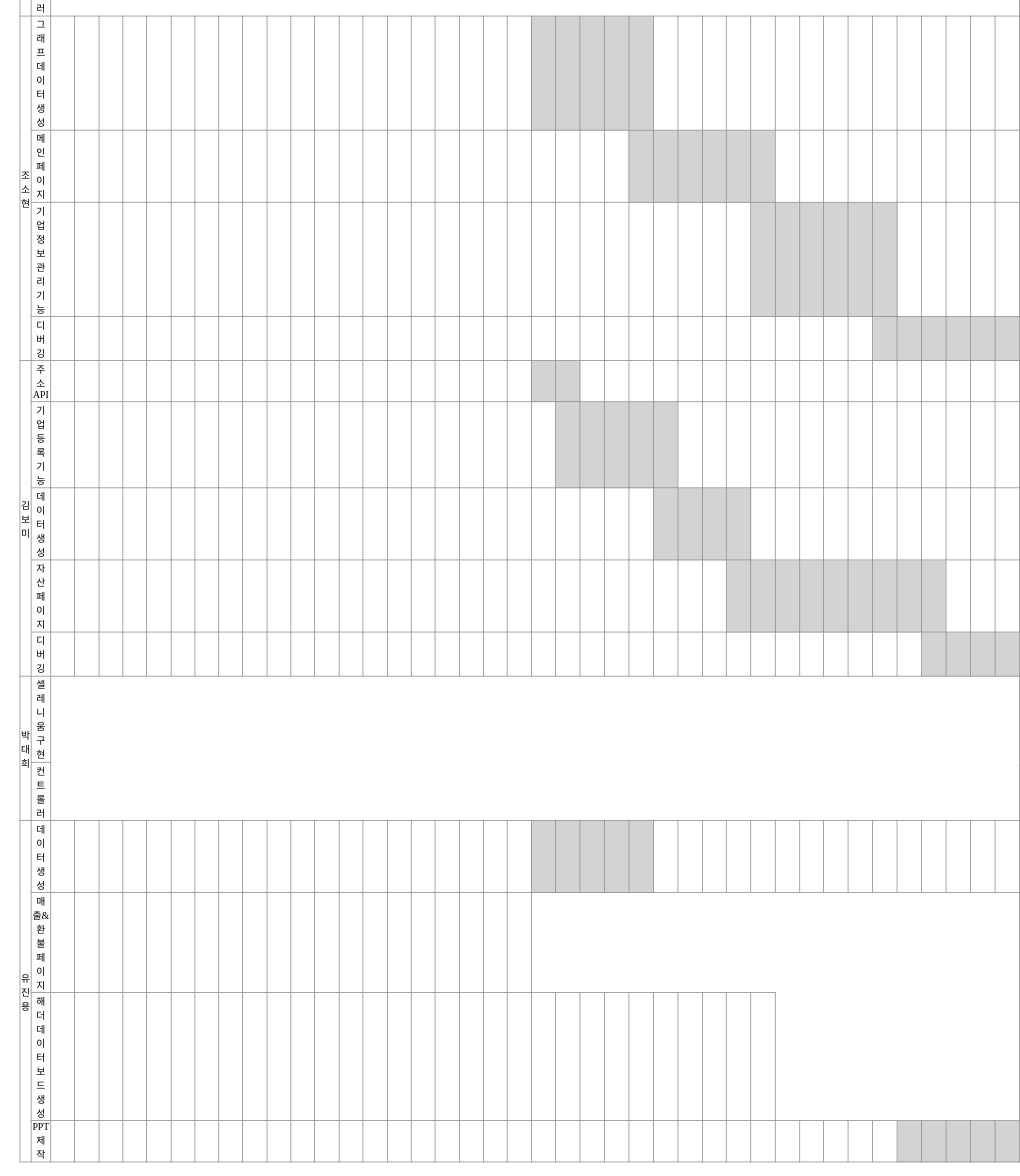
Repository: JEON-KIHO/finalProject
Page: http://localhost/ERP/WEB-INF/views/schedule.jsp
These files come from the project's save history. The page is drawn as it stood at one moment and after the next save; the edit follows.
The browser window is 1280 px wide. The page is 1457 px wide, so the pictures cover 1457 px, including what lies to the right of the window. The pictures show the part of the page from y = 1529 to 3209 px (the page is 3209 px tall), at 70% of full size.
The page is served by Tomcat 9. Nobody is signed in. The template is opened directly, without the code that normally fills it, so the values that code supplies are empty.

Above is the page before, as saved 2020-12-24 05:46:52.

After the next save:
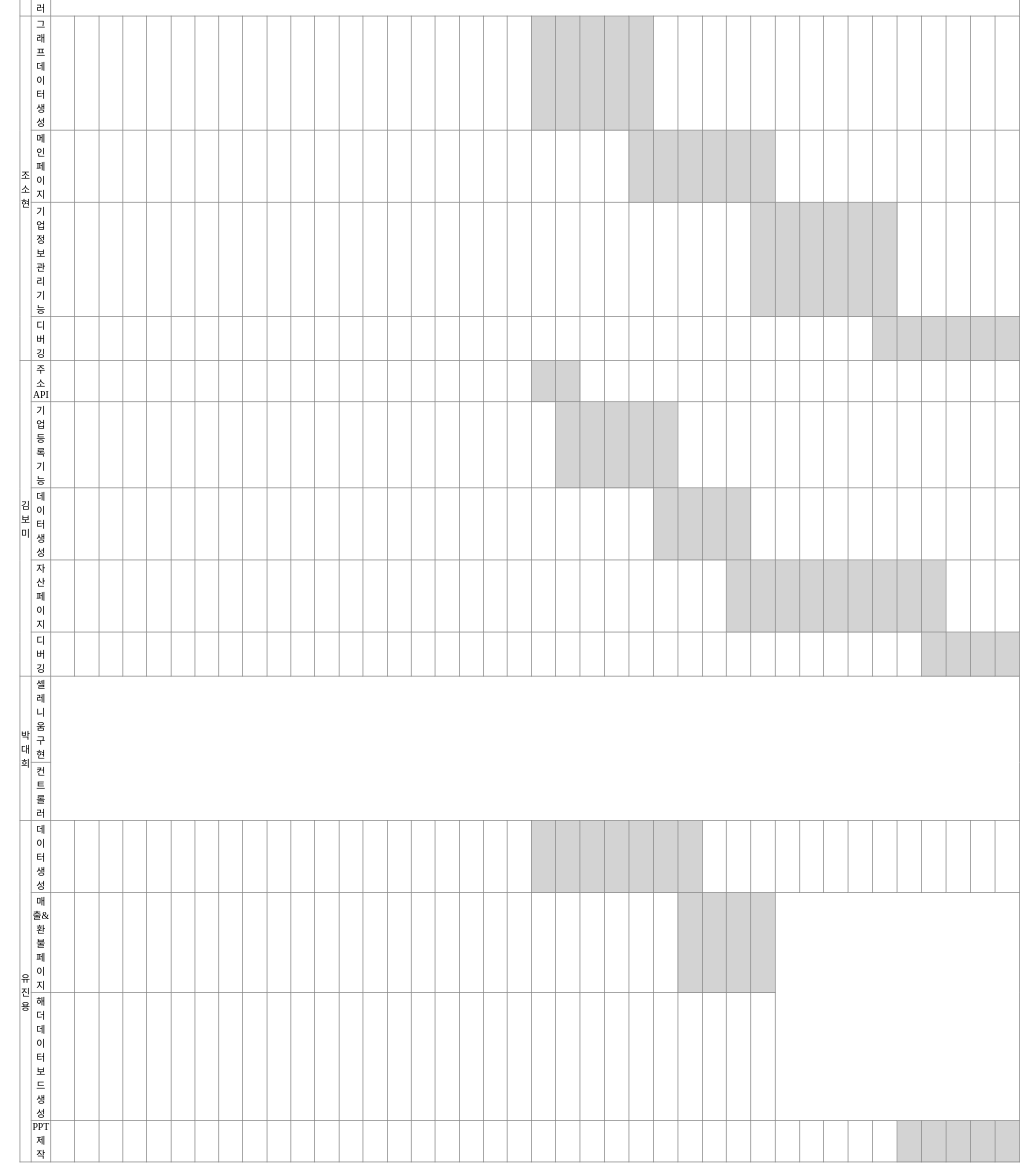
Saved 31 s later.
--- a/ERP/src/main/webapp/WEB-INF/views/schedule.jsp
+++ b/ERP/src/main/webapp/WEB-INF/views/schedule.jsp
@@ -207,14 +207,16 @@
 	<td class="white"></td><td class="white"></td><td class="white"></td><td class="white"></td><td class="white"></td>
 	<td class="white"></td><td class="white"></td><td class="white"></td><td class="white"></td><td class="white"></td>
 	<td class="black"></td><td class="black"></td><td class="black"></td><td class="black"></td><td class="black"></td>
-	<td class="white"></td><td class="white"></td><td class="white"></td><td class="white"></td><td class="white"></td>
+	<td class="black"></td><td class="black"></td><td class="white"></td><td class="white"></td><td class="white"></td>
 	<td class="white"></td><td class="white"></td><td class="white"></td><td class="white"></td><td class="white"></td>
 	<td class="white"></td><td class="white"></td><td class="white"></td><td class="white"></td><td class="white"></td></tr>
 
 	<tr><td>매출&환불 페이지</td><td class="white"></td><td class="white"></td><td class="white"></td><td class="white"></td><td class="white"></td>
 	<td class="white"></td><td class="white"></td><td class="white"></td><td class="white"></td><td class="white"></td>
 	<td class="white"></td><td class="white"></td><td class="white"></td><td class="white"></td><td class="white"></td>
-	<td class="white"></td><td class="white"></td><td class="white"></td><td class="white"></td><td class="white"></td></tr>
+	<td class="white"></td><td class="white"></td><td class="white"></td><td class="white"></td><td class="white"></td>
+	<td class="white"></td><td class="white"></td><td class="white"></td><td class="white"></td><td class="white"></td>
+	<td class="white"></td><td class="black"></td><td class="black"></td><td class="black"></td><td class="black"></td></tr>
 
 	<tr><td>해더 데이터보드 생성</td><td class="white"></td><td class="white"></td><td class="white"></td><td class="white"></td><td class="white"></td>
 	<td class="white"></td><td class="white"></td><td class="white"></td><td class="white"></td><td class="white"></td>
